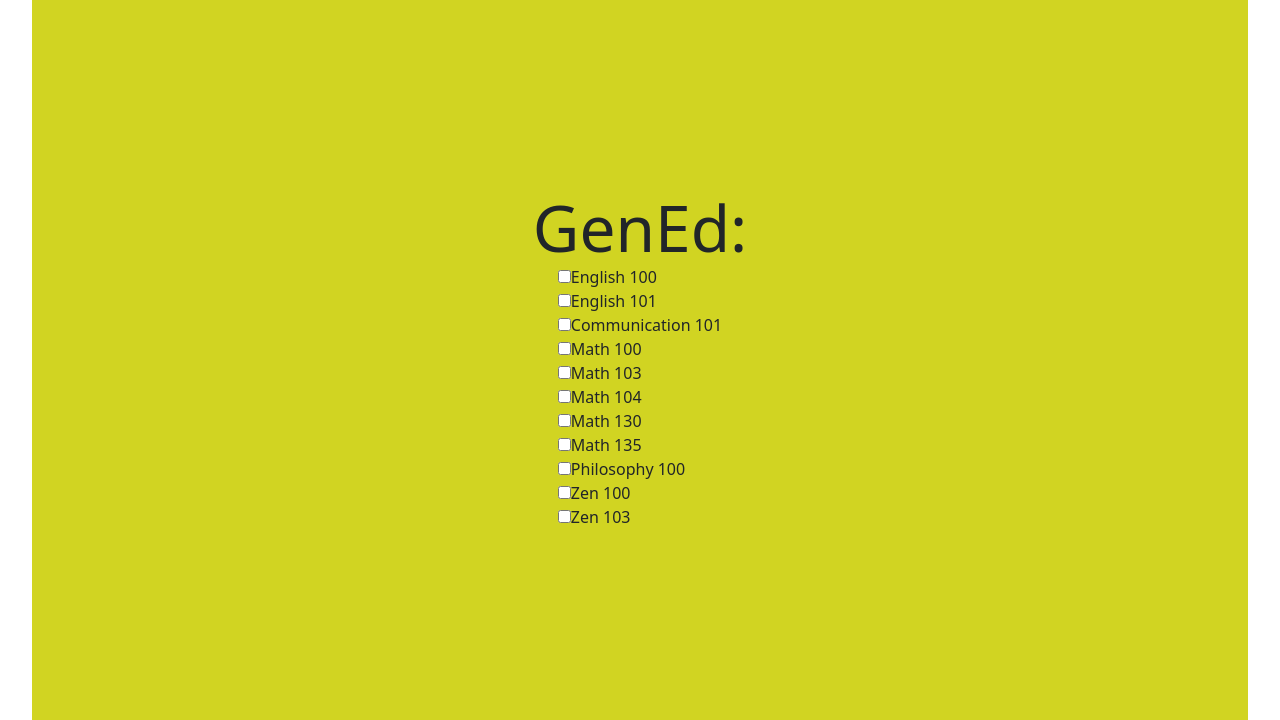
Repository: collegedude9300/zenschool
Page: /GenEd
An editor plug-in stored every save of this project. The page is shown before and after the next save, followed by the edit.
The browser window is 1280 px wide. The pictures show the whole page.
The project was rebuilt for these pictures with package versions that can differ from the ones it lists, and the page was loaded fresh each time. The framework's server and built-in components were replaced by stand-ins that run in the browser. Also part of the build but not shown: next.config.js.

Above is the page before, as saved 2022-10-27 18:30:19.

After the next save:
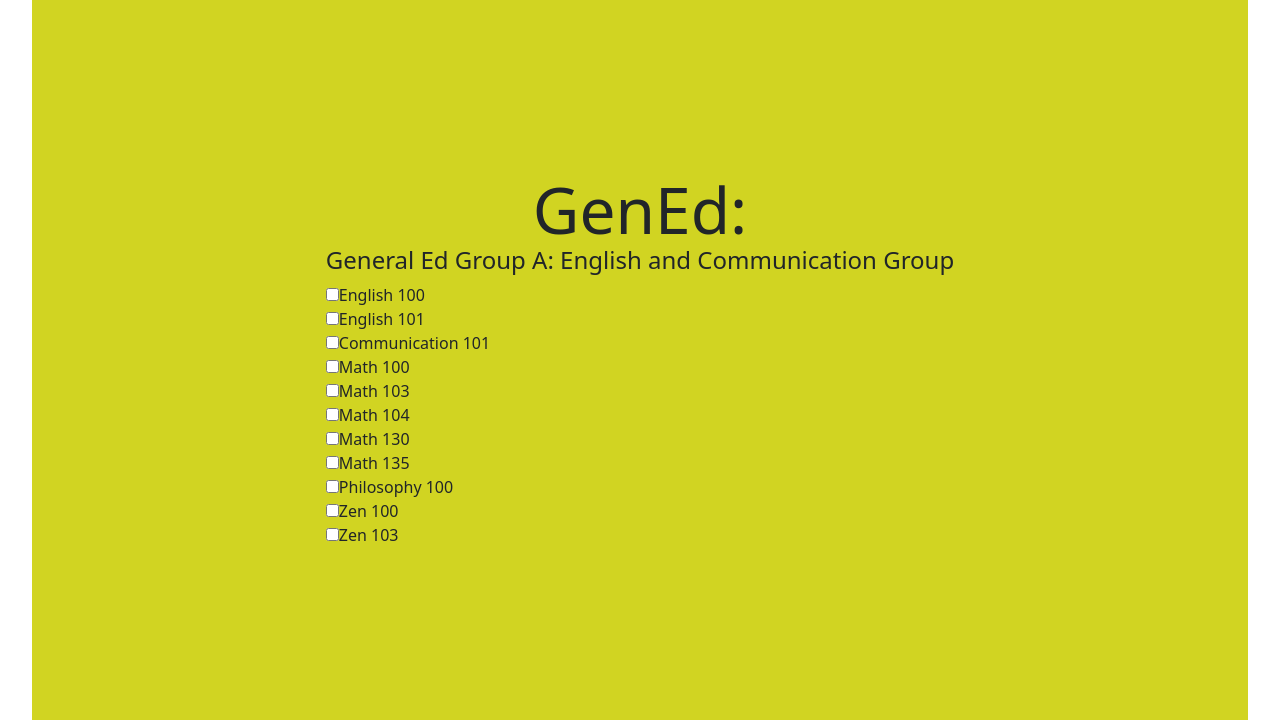
Saved 102 s later.
--- a/pages/GenEd.js
+++ b/pages/GenEd.js
@@ -16,6 +16,7 @@ return(
 GenEd:
 </h1>
 <form>
+<h4>General Ed Group A: English and Communication Group </h4>
 <input type="checkbox" id="English 100" name="English 100" value="English 100"/>
 <label for="English 100"> English 100</label><br/>
 <input type="checkbox" id="English 101" name="English 101" value="English 101"/>
